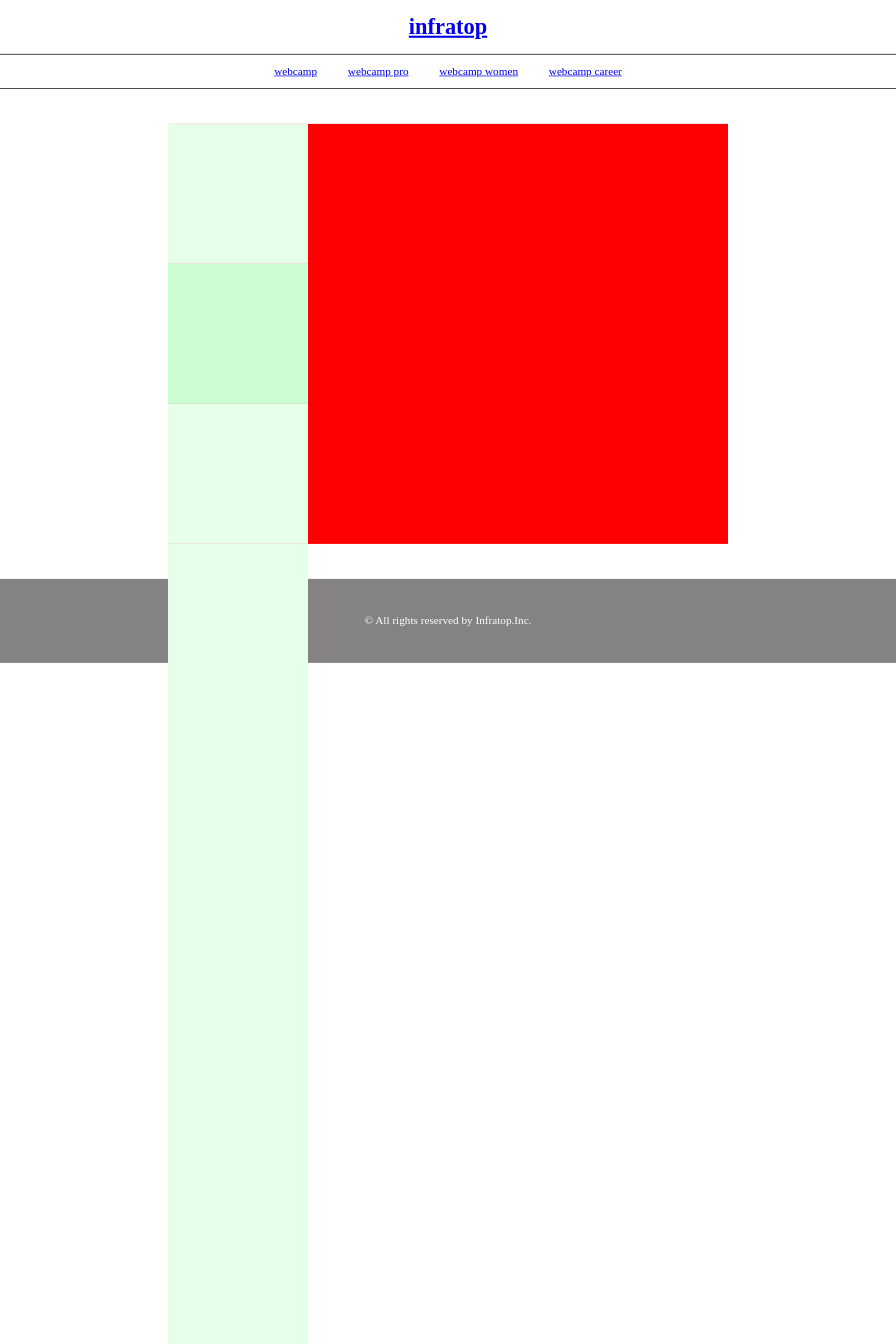
Repository: CarAll02/git-practice
Page: chapter5_exercise/index.html
The author's editor kept a record of every edit. The page is drawn from the files as they stood at one moment, then again after the next edit.
The browser window is 1280 px wide. The pictures show the part of the page from y = 0 to 1920 px (the page is 2577 px tall), at 70% of full size.

Above is the page before.

After the next edit:
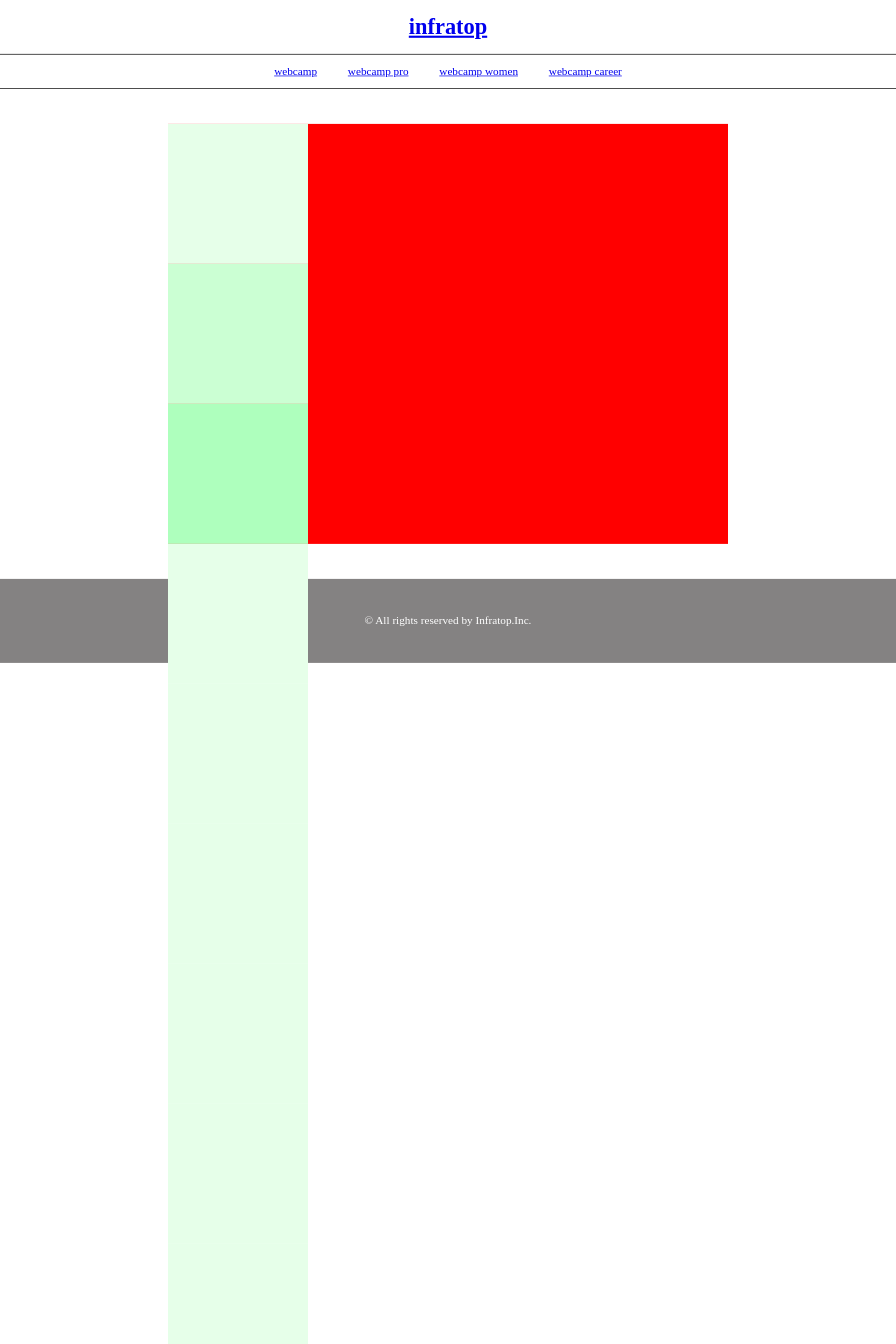
The edit:
--- a/chapter5_exercise/style.css
+++ b/chapter5_exercise/style.css
@@ -59,7 +59,7 @@
 .green3{
   width:200px;
   height: 200px;
-  background-color: #e6ffe9;
+  background-color: #aeffbd;
 }
 
 .green4{
